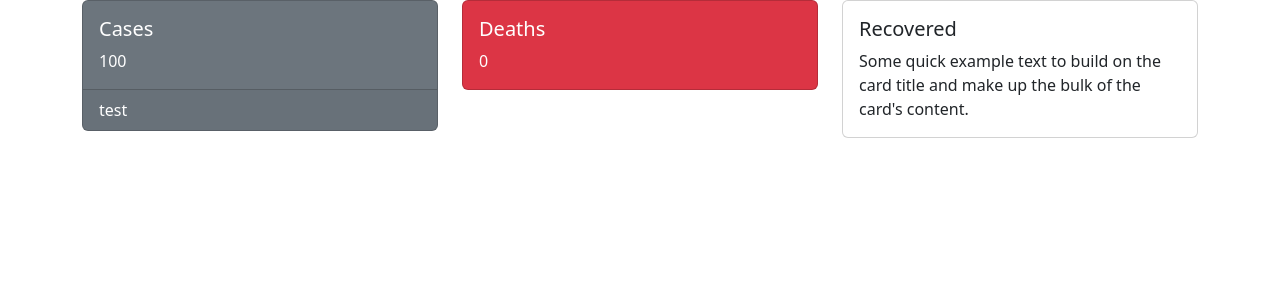
Repository: azizdeghais/CovidTracker
Page: /
These files come from the project's save history. The page is drawn as it stood at one moment and after the next save; the edit follows.
The browser window is 1280 px wide. The pictures show the whole page.
The project was rebuilt for these pictures with package versions that can differ from the ones it lists, and the page was loaded fresh each time. Also part of the build but not shown: vite.config.js.

Above is the page before, as saved 2023-03-09 15:49:57.

After the next save:
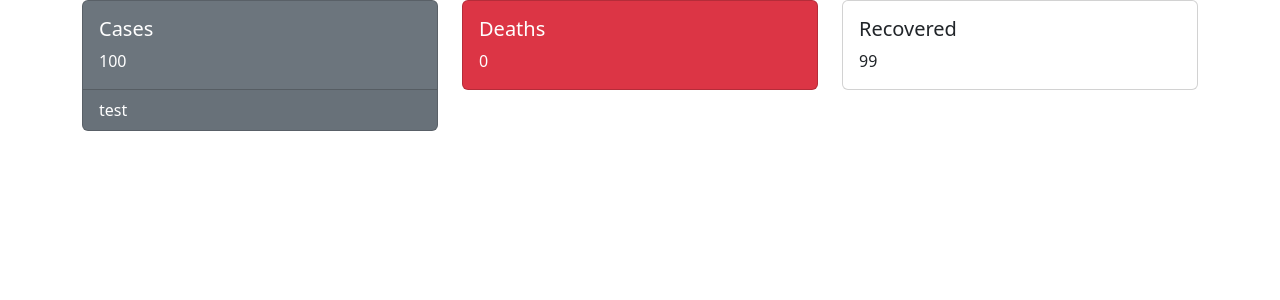
Saved 5 s later.
--- a/src/App.jsx
+++ b/src/App.jsx
@@ -43,8 +43,7 @@ function App() {
             <Card.Body>
               <Card.Title>Recovered</Card.Title>
               <Card.Text>
-                Some quick example text to build on the card title and make up the
-                bulk of the card's content.
+               99
               </Card.Text>
             </Card.Body>
           </Card>
